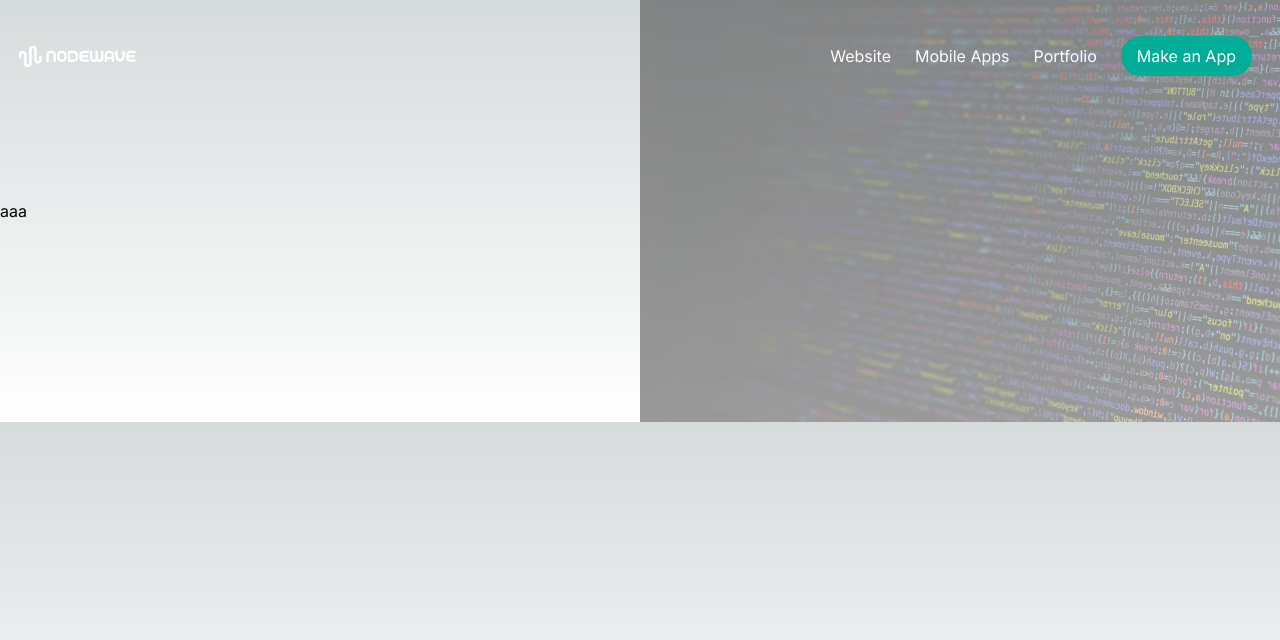
Repository: farrelmuhammad/nodewave
Page: /
The author's editor kept a copy of each file at every save. The page is drawn from the files as they stood at one save, then again after the next save.
The browser window is 1280 px wide. The pictures show the whole page.
The project was rebuilt for these pictures with package versions that can differ from the ones it lists, and the page was loaded fresh each time. The framework's server and built-in components were replaced by stand-ins that run in the browser. Also part of the build but not shown: next.config.js.

Above is the page before, as saved 2023-09-08 13:04:49.

### src/app/page.js
import Hero from '@/components/Hero'
import Navbar from '@/components/Navbar'

export default function Home() {
  return (
    <>
      <Navbar />
      <Hero />
    </>
  )
}

### src/app/globals.css
@tailwind base;
@tailwind components;
@tailwind utilities;

@import url('https://fonts.googleapis.com/css2?family=Poppins:wght@300;400;500;600;700&display=swap');

:root {
  --foreground-rgb: 0, 0, 0;
  --background-start-rgb: 214, 219, 220;
  --background-end-rgb: 255, 255, 255;
  font-family: 'Poppins', sans-serif;
}

@media (prefers-color-scheme: dark) {
  :root {
    --foreground-rgb: 255, 255, 255;
    --background-start-rgb: 0, 0, 0;
    --background-end-rgb: 0, 0, 0;
  }
}

body {
  color: rgb(var(--foreground-rgb));
  background: linear-gradient(
      to bottom,
      transparent,
      rgb(var(--background-end-rgb))
    )
    rgb(var(--background-start-rgb));
}

@media only screen and (max-width: 768px) {
  .hero .hero-image,
  .hero .hero-caption {
    min-height: 90vh;
  }
  .hero .hero-cta {
    @apply w-12 h-12;
    transform: translateX(-75px) translateY(-50%);
    background-size: 37.5%;
  }
}

### src/components/Hero.jsx
import React from "react";
import Image from "next/image";

const Hero = () => {
  return (
    <main className="flex items-center w-full hero">
      <div className="w-1/2">aaa</div>
      <div className="w-1/2">
        <div class="relative hero-image">
          <div class="overlay inset-0 bg-black opacity-35 z-10"></div>
          <img
            src="/assets/background.png"
            alt="hero 1"
            class="absolute inset-0 md:relative w-full h-full object-cover object-center"
          />
        </div>
      </div>
    </main>
  );
};

export default Hero;

### src/components/Navbar.jsx
import React from "react";
import Image from "next/image";

const Navbar = () => {
  return (
    <header class="absolute w-full z-50 px-4">
      <div class="container mx-auto py-5">
        <div class="flex flex-stretch items-center">
          <div class="w-56 items-center flex">
            <Image src="/assets/Logo.png" width={226} height={100} alt="Logo" />
          </div>
          <div class="w-full"></div>
          <div class="w-auto py-4">
            <ul
              class="fixed bg-white inset-0 flex flex-col invisible items-center justify-center opacity-0 md:visible md:flex-row md:bg-transparent md:relative md:opacity-100 md:flex md:items-center"
              id="menu"
            >
              <li class="mx-3 py-6 md:py-0">
                <a href="#" class="text-black md:text-white hover:underline">
                  Website
                </a>
              </li>
              <li class="mx-3 py-6 md:py-0">
                <a
                  href="#"
                  class="text-black md:text-white hover:underline whitespace-nowrap overflow-ellipsis"
                >
                  Mobile Apps
                </a>
              </li>
              <li class="mx-3 py-6 md:py-0">
                <a href="#" class="text-black md:text-white hover:underline">
                  Portfolio
                </a>
              </li>
              <li class="mx-3 py-6 md:py-0">
                <button class="px-4 py-2 bg-[#00AD98] rounded-full">
                  <a
                    href="#"
                    class="text-black md:text-white hover:underline whitespace-nowrap overflow-ellipsis"
                  >
                    Make an App
                  </a>
                </button>
              </li>
            </ul>
          </div>
          <div class="w-auto">
            <ul class="items-center flex">
              <li class="ml-6 block md:hidden">
                <button
                  id="menu-toggler"
                  class="relative flex z-50 items-center justify-center w-8 h-8 text-black md:text-white focus:outline-none"
                >
                  <svg
                    class="fill-current"
                    width="18"
                    height="17"
                    viewBox="0 0 18 17"
                  >
                    <path d="M15.9773 0.461304H1.04219C0.466585 0.461304 0 0.790267 0 1.19609C0 1.60192 0.466668 1.93088 1.04219 1.93088H15.9773C16.5529 1.93088 17.0195 1.60192 17.0195 1.19609C17.0195 0.790208 16.5529 0.461304 15.9773 0.461304Z" />
                    <path d="M15.9773 7.68802H1.04219C0.466585 7.68802 0 8.01698 0 8.42281C0 8.82864 0.466668 9.1576 1.04219 9.1576H15.9773C16.5529 9.1576 17.0195 8.82864 17.0195 8.42281C17.0195 8.01692 16.5529 7.68802 15.9773 7.68802Z" />
                    <path d="M15.9773 14.9147H1.04219C0.466585 14.9147 0 15.2437 0 15.6495C0 16.0553 0.466668 16.3843 1.04219 16.3843H15.9773C16.5529 16.3843 17.0195 16.0553 17.0195 15.6495C17.0195 15.2436 16.5529 14.9147 15.9773 14.9147Z" />
                  </svg>
                </button>
              </li>
            </ul>
          </div>
        </div>
      </div>
    </header>
  );
};

export default Navbar;

Loaded but not shown: src/app/layout.js (common file); tailwind.config.js (common file)

After the next save:
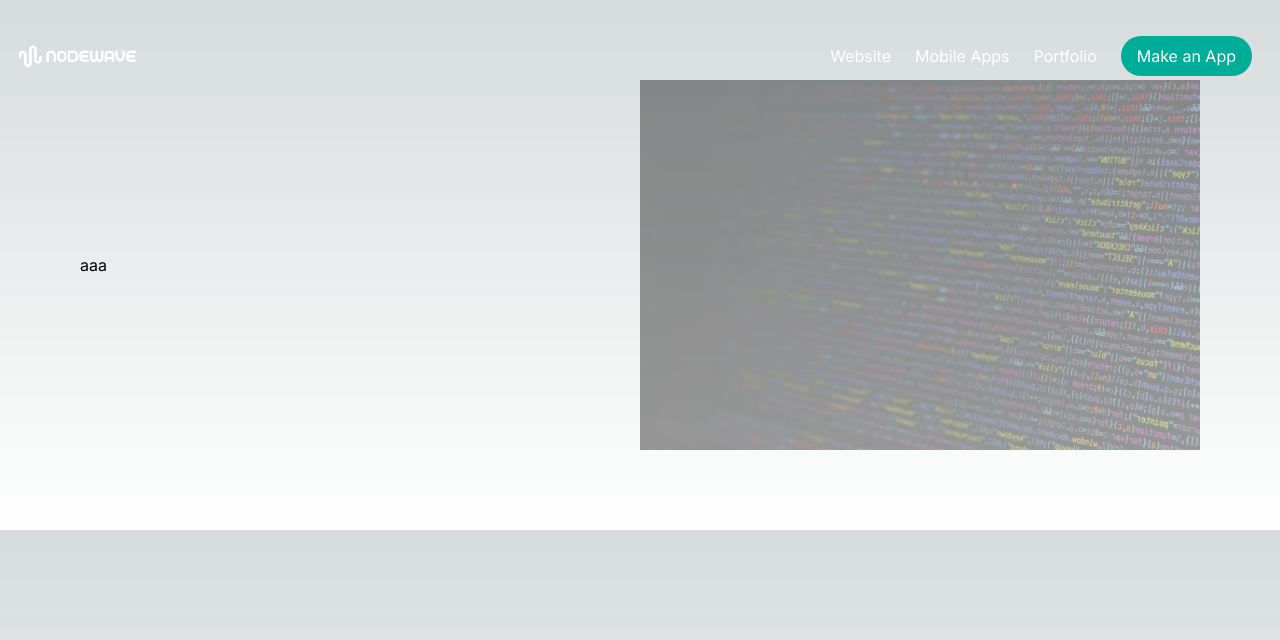
Saved 6 s later.
--- a/src/components/Hero.jsx
+++ b/src/components/Hero.jsx
@@ -3,7 +3,7 @@
 
 const Hero = () => {
   return (
-    <main className="flex items-center w-full hero">
+    <main className="flex items-center w-full p-20 hero">
       <div className="w-1/2">aaa</div>
       <div className="w-1/2">
         <div class="relative hero-image">
